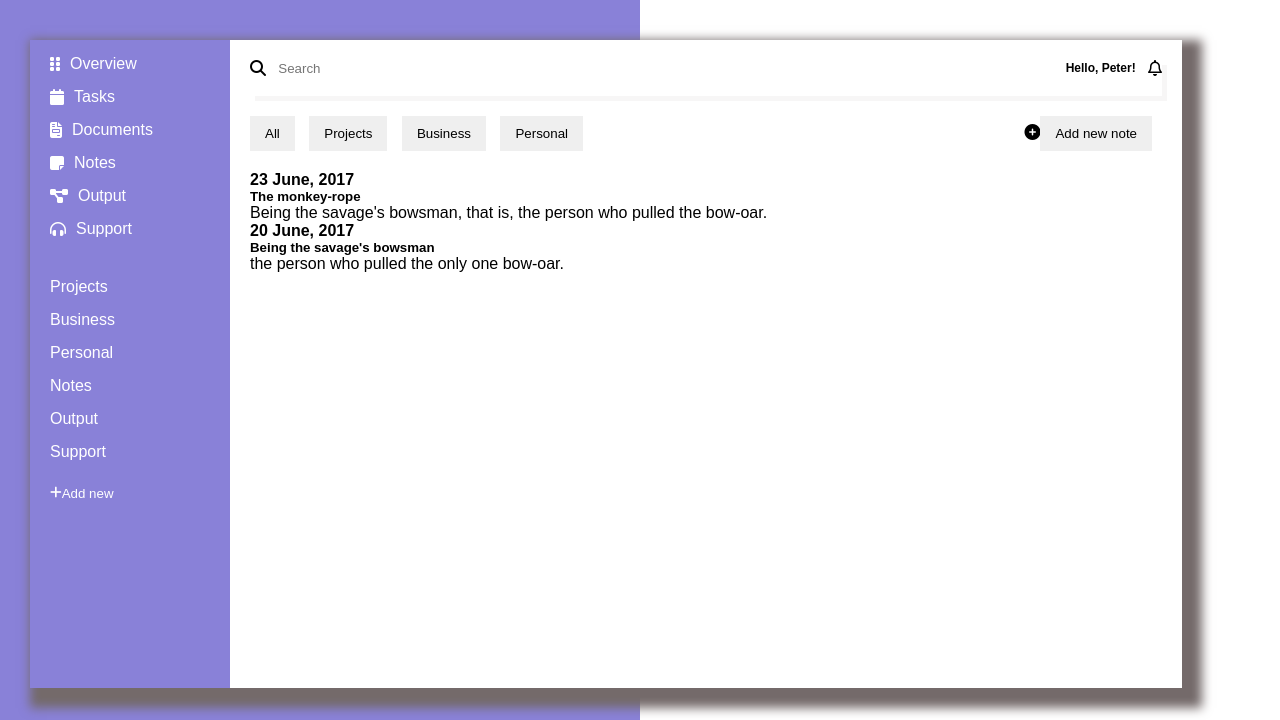
Repository: SatenikGabrielyan/HTML_CSS-_Assignment
Page: index.html
The author's editor kept a copy of each file at every save. The page is drawn from the files as they stood at one save, then again after the next save.
The browser window is 1280 px wide. The pictures show the whole page.
Some web libraries are served in a nearby version.

Above is the page before, as saved 2025-03-18 00:30:34.

### index.html
<!DOCTYPE html>
<html lang="en">
  <head>
    <meta charset="UTF-8" />
    <meta name="viewport" content="width=device-width, initial-scale=1.0" />
    <title>Notes App</title>
    <link rel="stylesheet" href="./style.css" />
    <script src="https://kit.fontawesome.com/858d305f19.js" crossorigin="anonymous"></script>
</head>
  <body>
      <div class="cont">
          <div class="purp"></div>
          <div class="whit"></div>
      </div>
    <div class="container">
      <aside class="sidebar">
        <!-- <header class="circle">
            <i class="fa-regular fa-circle"></i>
        </header> -->
        <nav>
            <ul class="first">
                <li><i class="fa-solid fa-grip-vertical"></i>Overview</li>
                <li> <i class="fa-solid fa-calendar"></i>Tasks</li>
                <li><i class="fa-solid fa-file-invoice"></i>Documents</li>
                <li><i class="fa-solid fa-note-sticky"></i>Notes</li>
                <li><i class="fa-solid fa-diagram-project"></i>Output</li>
                <li><i class="fa-solid fa-headphones-simple"></i>Support</li>
            </ul>
            <ul class="second">
                <li>Projects</li>
                <li>Business</li>
                <li>Personal</li>
                <li>Notes</li>
                <li>Output</li>
                <li>Support</li>
            </ul>
        </nav>
        <button class="add-new"><i class="fa-solid fa-plus"></i>Add new</button>
        <div class="foot">

        </div>
    </aside>

    <main class="main-content">
       <div class="header">
            <i class="fas fa-search"></i>  <input type="text" placeholder="Search">
            <h3>Hello, Peter!</h3> <i class="fa-regular fa-bell"></i>
    </div>
    <div class="proj">
        <div class="but">
        <div class="tabs">
            <button>All</button>
            <button>Projects</button>
            <button>Business</button>
            <button>Personal</button>
        </div>
        <div >
            <i class="fa-solid fa-circle-plus"></i><button class="add tabs">Add new note</button>
        </div>
    </div>
        <!-- <div class="notes-grid">

            <div class="note-card">
                <h4>23 June, 2017</h4>
                <h5>The monkey-rope</h5>
                <p>Being the savage's bowsman, that is, the person who pulled the bow-oar.</p>
            </div>
            <div class="note-card">
                <h4>20 June, 2017</h4>
                <h5>Being the savage's bowsman</h5>
                <p>The person who pulled the only one bow-oar.</p>
            </div>
            <div class="note-card">
                <h4>1 June, 2017</h4>
                <h5>Vacation!</h5>
            </div>
            <div class="note-card">
                <h4>25 May, 2017</h4>
                <h5>The monkey-rope</h5>
                <p>Being the savage's bowsman, that is, the person who pulled the bow-oar.</p>
            </div>
            <div class="note-card">
                <h4>20 May, 2017</h4>
                <h5>New workplace</h5>
            </div>
            <div class="note-card">
                <h4>5 May, 2017</h4>
                <h5>That is, the person</h5>
                <p>Being the savage.</p>
            </div>
        </div> -->
        <div class="cards">
            <div class="card">
                <h4>23 June, 2017</h4>
                <h5>The monkey-rope</h5>
                <p>Being the savage's bowsman, that is, the person who pulled the bow-oar.</p>
            </div>
            <div class="card">
                <h4>20 June, 2017</h4>
                <h5>Being the savage's bowsman</h5>
                the person who pulled the only one bow-oar.</p>
            </div>
        </div>
    </div>
    </main>

    </div>

  </body>
</html>

### style.css
/* CSS Variables for Colors */
:root {
    --bg-color: #fbfbfb;
    --primary-color: #8981d8;
    --secondary-color: #d0d0d0;
    --text-color: #858499;
    --highlight-color: #7f77cc;
    --hover-color: rgba(137, 129, 216, 0.5);
  }


  * {
    margin: 0;
    padding: 0;
    box-sizing: border-box;
  }

  body {
    font-family: Arial, sans-serif;
    /* background-color: var(--bg-color); */
    display: flex;
    height: 100vh;
  }
  .wrapper{
    position: relative;
  }

  .cont{
      display: flex;
      width: 100%;
      position: relative;
      z-index: -1;
      border-radius: 10px;
  }
.purp {
    width: 50%;
    background-color: var(--primary-color);
    flex-direction: row;
}
.whit {
    width: 50%;
    /* background-color: lightgray; */
    flex-direction: row;
}
  .container {
    display: flex;
    width: 90%;
    height: 90%;

    box-shadow: 10px 10px 10px 10px rgb(116, 106, 106);
    margin-left: 30px;
    margin-right: 30px;
    margin-top: 40px;
    margin-bottom: 80px;
    background: center;
    position: absolute;
    z-index: 2;
  }

   .sidebar {
    width: 200px;
    background-color: var(--primary-color);
    color: #fff;
    display: flex;
    flex-direction: column;
    /* padding: 20px; */
  }

  /* .main-content li {
    float: left;
  }

  .main-content li a {
    display: block;
    color: white;
    text-align: center;
    padding: 14px 16px;
    text-decoration: none;
  }

  .main-content li a:hover:not(.active) {
    background-color: #111;
  } */
  /* .first {
    list-style-type: none;
     list-style: none;
} */
.first li {
    margin: 15px 0;
    display: flex;
    align-items: center;
    cursor: pointer;
    padding-left: 20px;
}
  .sidebar-header h2 {
    margin-bottom: 20px;
  }

  .first li i {
    margin-right: 10px;
  }
  .second {
      margin-top: 40px;
  }
 .second li {
    margin: 15px 0;
    display: flex;
    align-items: center;
    cursor: pointer;
    padding-left: 20px;
 }
 .second li::marker {
    color: red;
  }
  .main-content {
    background-color: white;
    /* width: 200px; */
    flex-grow: 1;
    flex: 1;
    /* padding-top: 20px; */
     padding: 20px;
    /* overflow-y: auto;  */
  }

   /* header {
    display: flex;
    justify-content: space-between;
    align-items: center;
    margin-bottom: 20px;
  } */

  /*
  .header-left p {
    font-size: 1.2em;
    color: var(--text-color);
  }

  .header-right {
    display: flex;
    align-items: center;
  }

  .header-right i {
    margin-right: 20px;
    cursor: pointer;
  }

  .add-note-btn {
    background-color: var(--primary-color);
    color: #fff;
    border: none;
    padding: 10px 20px;
    cursor: pointer;
    display: flex;
    align-items: center;
  }

  .add-note-btn i {
    margin-right: 10px;
  }


  .notes-grid {
    display: grid;
    grid-template-columns: repeat(auto-fill, minmax(300px, 1fr));
    gap: 20px;
  }

  .note-item {
    background-color: #fff;
    border-radius: 8px;
    box-shadow: 0 2px 4px rgba(0, 0, 0, 0.1);
    overflow: hidden;
    display: flex;
    flex-direction: column;
    padding: 20px;
  }

  .note-item img {
    width: 100%;
    height: auto;
    border-radius: 8px;
    margin-bottom: 15px;
  }

  .note-item p {
    color: var(--text-color);
    font-size: 1em;
    line-height: 1.5;
  }


  .sidebar-list li:hover {
    background-color: var(--highlight-color);
    transition: background-color 0.3s ease;
  }


  @media (max-width: 768px) {
    .container {
      flex-direction: column;
    }

    .sidebar {
      width: 100%;
      flex-direction: row;
      justify-content: space-around;
      padding: 10px;
    }

    .sidebar-list {
      display: flex;
      flex-direction: row;
      gap: 15px;
    }

    .sidebar-list li {
      margin: 0;
    }

    .main-content {
      padding: 10px;
    }

    header {
      flex-direction: column;
      align-items: flex-start;
    }

    .header-right {
      margin-top: 10px;
    }

    .notes-grid {
      grid-template-columns: 1fr;
    }

    .note-item {
      padding: 10px;
    }

    .note-item img {
      margin-bottom: 10px;
    }
  } */
  /* .sidebar {
    background-color: #5e4b9a;
    color: white;
    width: 300px;
    padding: 20px;
} */

/* .sidebar header {
    font-size: 24px;
}

.sidebar nav ul {
    list-style: none;
    padding: 0;
}

.sidebar nav ul li {
    margin: 15px 0;
} */

.add-new {
    background-color: var(--primary-color);
    color: white;
    border: none;
    padding: 10px;
    cursor: pointer;
    display: flex;
    padding-left: 20px;
}

.header {
    display: flex;
    width: 100%;
    justify-content: space-between;
    align-items: center;
    background-color: white;
    box-shadow: 5px  5px rgb(247, 246, 246);
    padding-bottom: 20px;
}

.header input {
    border: none;
    margin: 0;
    width: 85%;
}

.header h3 {
    margin: 0;
    font-size: 12px;
}

.tabs {
    margin: 20px 0;
}

.tabs button {
    margin-right: 10px;
    padding: 10px 15px;
    border: none;
    /* background-color: #e2e2e2; */
    cursor: pointer;
}
.tabs :hover {
    background-color: var(--highlight-color);
    transition: background-color 0.3s ease;
  }

.notes-grid {
    display: grid;
    grid-template-columns: repeat(auto-fill, minmax(240px, 1fr));
    gap: 20px;
}
.but{
    display: flex;
    flex-direction: row;
    justify-content: space-between;
}
.add {
    margin-right: 10px;
    padding: 10px 15px;
    border: none;
    cursor: pointer;
}

.note-card {
    border: 1px solid #e2e2e2;
    border-radius: 10px;
    padding: 15px;
    background-color: #f9f9f9;
}

.note-card h4 {
    margin: 0;
    font-weight: normal;
}

.note-card h5 {
    margin: 10px 0;
}

After the next save:
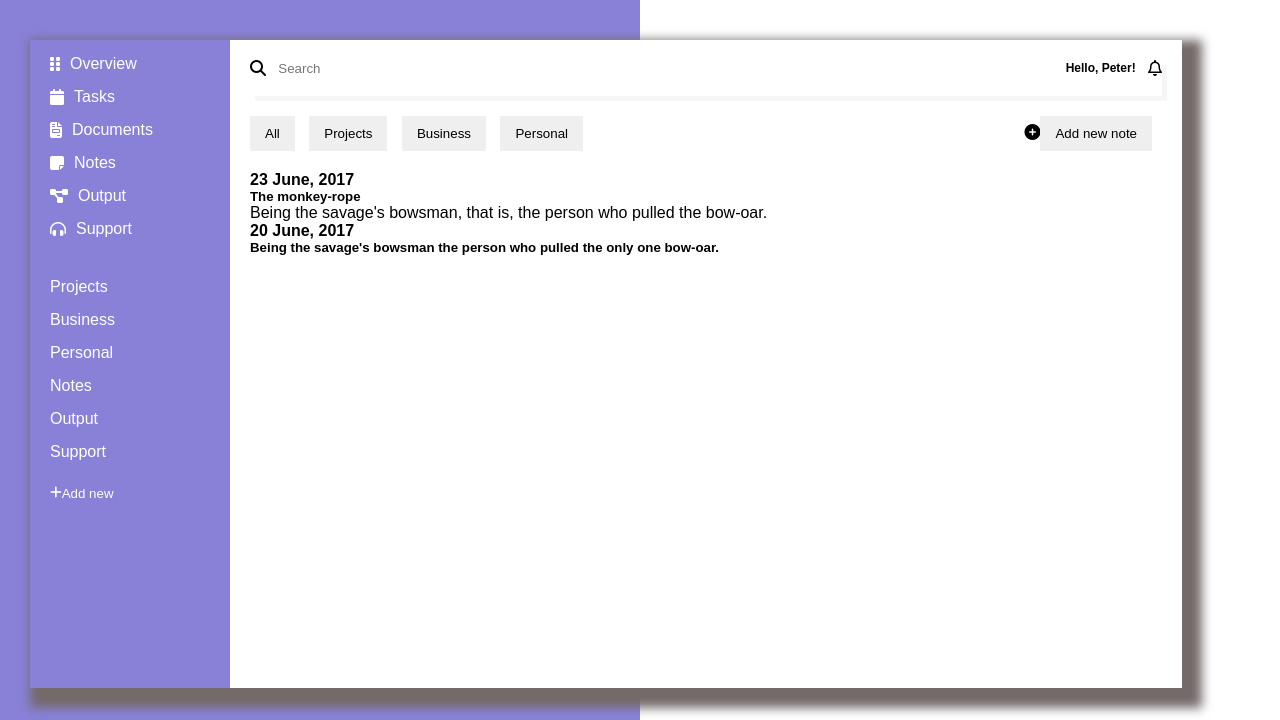
Saved 4 s later.
--- a/index.html
+++ b/index.html
@@ -97,7 +97,7 @@
             </div>
             <div class="card">
                 <h4>20 June, 2017</h4>
-                <h5>Being the savage's bowsman</h5>
+                <h5>Being the savage's bowsman
                 the person who pulled the only one bow-oar.</p>
             </div>
         </div>
